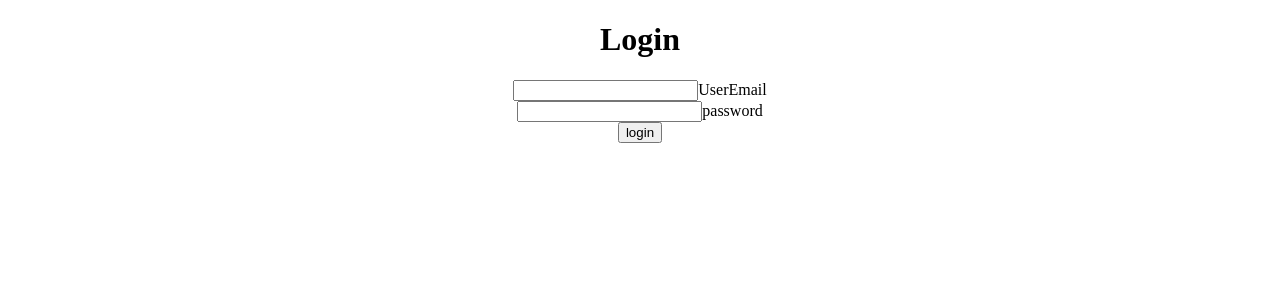
Repository: Aref19/eshop_frontEnd
Page: /
These files come from the project's save history. The page is drawn as it stood at one moment and after a run of saves; the edit follows.
The browser window is 1280 px wide. The pictures show the whole page.
The project was rebuilt for these pictures with package versions that can differ from the ones it lists, and the page was loaded fresh each time.

Above is the page before, as saved 2023-02-23 19:48:48.

### src/App.js
import './App.css';
import Login from './component/Login'

function App() {
  return (
    <div className="App">
     <Login/>
    </div>
  );
}

export default App;

### src/component/Login.js
import "../css/Login.css"


function Login() {
    return (
        <>
            <div className="cener">
                <h1>Login</h1>
                <form method="post">
                    <div className="txt_field">
                        <input type={Text} required></input>
                        <label>UserEmail</label>

                    </div>
                    <div className="txt_field">
                        <input type={"password"} required></input>
                        <label>password</label>

                    </div>
                    <input type={"submit"} value="login"></input>

                </form>

            </div>

        </>
    )
}

export default Login;

### src/css/Login.css
body{
    margin: 0;
    padding: 0;
    font-family: montserrat ;
    background-color: Lin;
}

Loaded but not shown: public/index.html (common file); src/index.js (common file); src/index.css (common file); src/reportWebVitals.js (common file); src/App.css (common file)

After the next 2 saves:
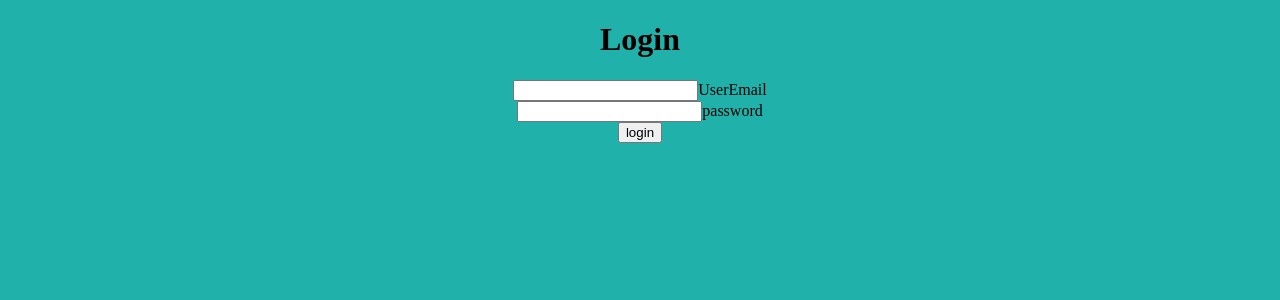
The 2 saves are shown as one change because they came seconds apart.
The last was saved 10 s later.
--- a/src/css/Login.css
+++ b/src/css/Login.css
@@ -2,5 +2,6 @@ body{
     margin: 0;
     padding: 0;
     font-family: montserrat ;
-    background-color: Lin;
+    background-color: lightseagreen;
+
 }
